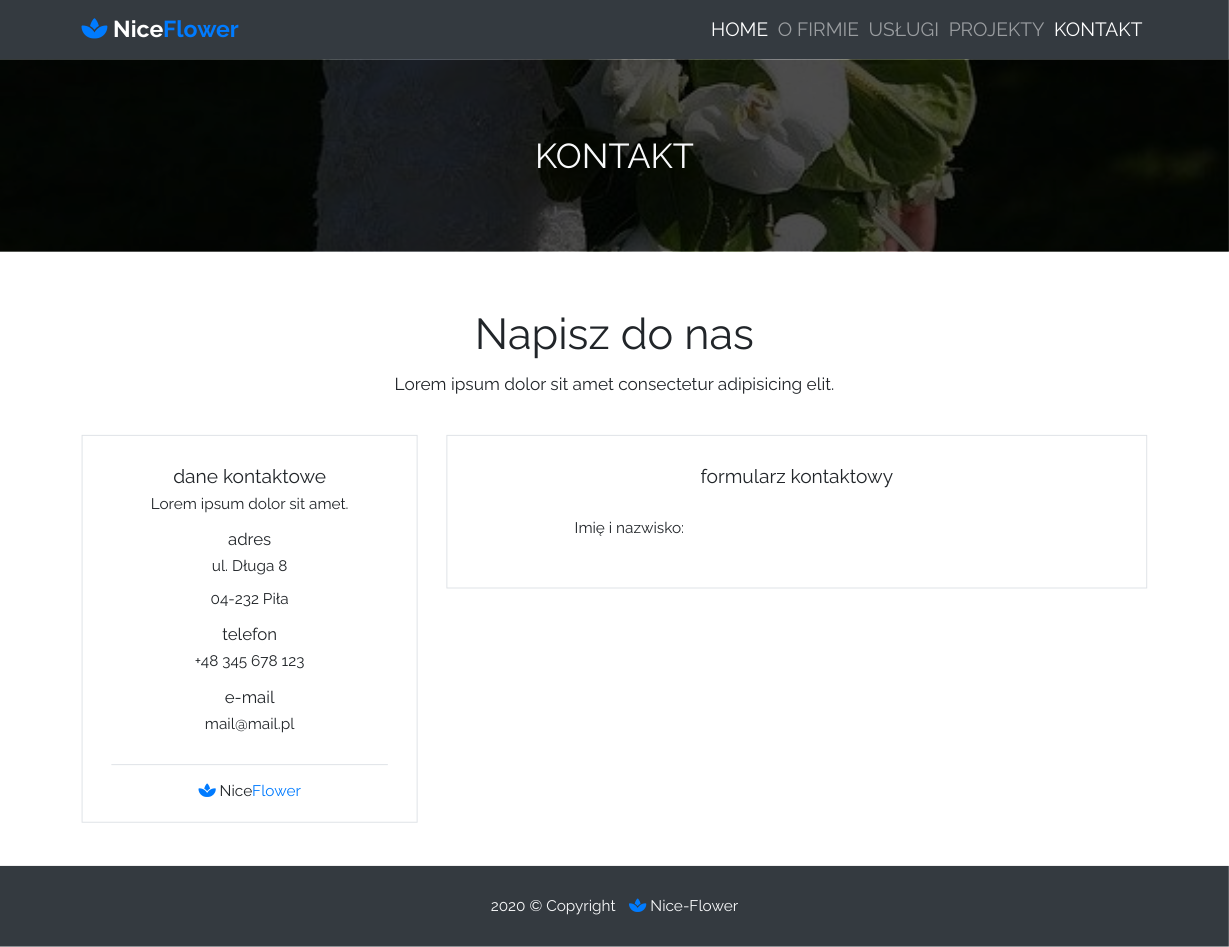
Repository: KrzysKolo/Projekt-13_Kwiaciarnia
Page: contact.html
The author's editor kept a copy of each file at every save. The page is drawn from the files as they stood at one save, then again after the next save.
The browser window is 1280 px wide. The pictures show the whole page, at 96% of full size.
Some web libraries are served in a nearby version.

Above is the page before, as saved 2020-08-11 13:30:14.

After the next save:
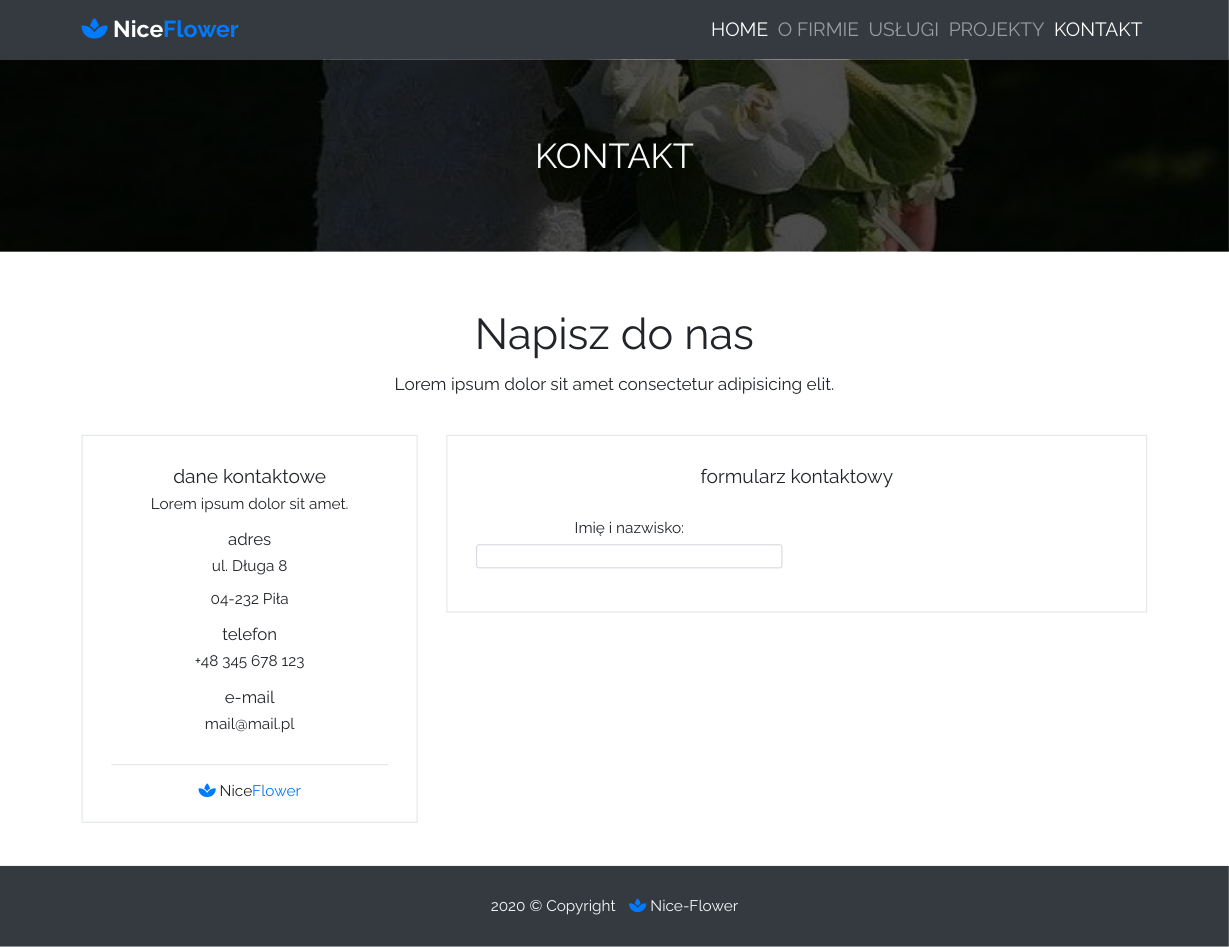
Saved 46 s later.
--- a/contact.html
+++ b/contact.html
@@ -98,6 +98,7 @@
                     <div class="col-md-6">
                       <div class="form-group mb-4">
                         <label>Imię i nazwisko: </label>
+                        <input type="text" class="form-control" />
                       </div>
                     </div>
                   </div>
